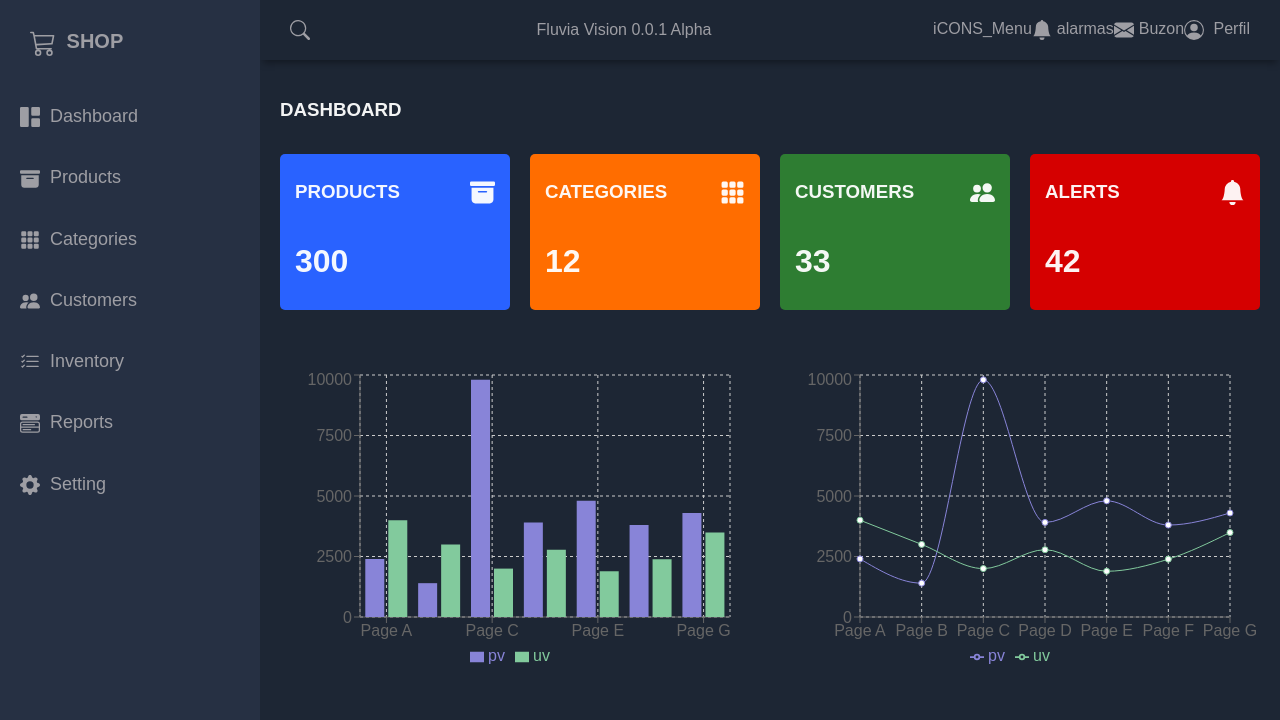
Repository: LukasMoyano/FluviaProject_Dashboard000-AlphVer0.0.1
Page: /
An editor plug-in stored every save of this project. The page is shown before and after the next save, followed by the edit.
The browser window is 1280 px wide. The pictures show the whole page.
The project was rebuilt for these pictures with package versions that can differ from the ones it lists, and the page was loaded fresh each time. Also part of the build but not shown: vite.config.js.

Above is the page before, as saved 2024-05-07 08:26:58.

### index.html
<!doctype html>
<html lang="en">
  <head>
    <meta charset="UTF-8" />
    <link rel="icon" type="image/svg+xml" href="/vite.svg" />
    <meta name="viewport" content="width=device-width, initial-scale=1.0" />
    <title>Proyecto-Fluvia-Ver.Alpha0.0.1</title>
  </head>
  <body>
    <div id="root"></div>
    <script type="module" src="/src/main.jsx"></script>
  </body>
</html>

### src/App.css
body {
	margin: 0;
	padding: 0;
	background-color: #1d2634;
	color: #9e9ea4;
	font-family: 'Montserrat', sans-serif;
  }

  .icon {
	vertical-align: middle;
	line-height: 1px;
	font-size: 20px;
  }
  .icon_header {
	vertical-align: middle;
	line-height: 1px;
	font-size: 26px;
  }
  .icon, .icon_header {
	margin-right: 5px;
  }

  .close_icon {
	color: red;
	margin-left: 30px;
	margin-top: 10px;
	cursor: pointer;
  }

  .grid-container {
	display: grid;
	grid-template-columns: 260px 1fr 1fr 1fr;
	grid-template-rows: 0.2fr 3fr;
	grid-template-areas:
	  'sidebar header header header'
	  'sidebar main main main';
	height: 100vh;
  }

  /* Header  */
  .header {
	grid-area: header;
	height: 60px;
	display: flex;
	align-items: center;
	justify-content: space-between;
	padding: 0 30px 0 30px;
	box-shadow: 0 6px 7px -3px rgba(0, 0, 0, 0.35);
  }

  .menu-icon {
	display: none;
  }
  /* End Header  */

  /* Sidebar  */
  #sidebar {
	grid-area: sidebar;
	height: 100%;
	background-color: #263043;
	overflow-y: auto;
	-webkit-transition: all 0.5s;
	transition: all 0.5s;
  }

  .sidebar-title {
	display: flex;
	justify-content: space-between;
	align-items: center;
	padding: 15px 30px 0px 30px;
	margin-bottom: 30px;
  }

  .sidebar-title > span {
	display: none;
  }

  .sidebar-brand {
	margin-top: 15px;
	font-size: 20px;
	font-weight: 700;
  }

  .sidebar-list {
	padding: 0;
	list-style-type: none;
  }

  .sidebar-list-item {
	padding: 20px 20px 20px 20px;
	font-size: 18px;
  }

  .sidebar-list-item:hover {
	background-color: rgba(255, 255, 255, 0.2);
	cursor: pointer;
  }

  .sidebar-list-item > a {
	text-decoration: none;
	color: #9e9ea4;
  }

  .sidebar-responsive {
	display: inline !important;
	position: absolute;
	/*
	  we want the z-index of the sidebar higher so that
	  the charts are not showing over the sidebar
	  on small screens
	*/
	z-index: 12 !important;
  }

  /* End Sidebar  */


  /* Main  */
  .main-container {
	grid-area: main;
	overflow-y: auto;
	padding: 20px 20px;
	color: rgba(255, 255, 255, 0.95);
  }

  .main-title {
	display: flex;
	justify-content: space-between;
  }

  .main-cards {
	display: grid;
	grid-template-columns: 1fr 1fr 1fr 1fr;
	gap: 20px;
	margin: 15px 0;
  }

  .card {
	display: flex;
	flex-direction: column;
	justify-content: space-around;
	padding: 8px 15px;
	border-radius: 5px;
  }

  .card:first-child {
	background-color: #2962ff;
  }

  .card:nth-child(2) {
	background-color: #ff6d00;
  }

  .card:nth-child(3) {
	background-color: #2e7d32;
  }

  .card:nth-child(4) {
	background-color: #d50000;
  }

  .card-inner {
	display: flex;
	align-items: center;
	justify-content: space-between;
  }

  .card-inner > .card_icon {
	font-size: 25px;
  }

  .charts {
	display: grid;
	grid-template-columns: 1fr 1fr;
	gap: 20px;
	margin-top: 60px;
	height: 300px;
  }

  /* End Main  */


  /* Medium <= 992px */

  @media screen and (max-width: 992px) {
	.grid-container {
	  grid-template-columns: 1fr;
	  grid-template-rows: 0.2fr 3fr;
	  grid-template-areas:
		'header'
		'main';
	}

	#sidebar {
	  display: none;
	}

	.menu-icon {
	  display: inline;
	}

	.sidebar-title > span {
	  display: inline;
	}
  }
  /* Small <= 768px */

  @media screen and (max-width: 768px) {
	.main-cards {
	  grid-template-columns: 1fr;
	  gap: 10px;
	  margin-bottom: 0;
	}

	.charts {
	  grid-template-columns: 1fr;
	  margin-top: 30px;
	}
  }

  /* Extra Small <= 576px */

  @media screen and (max-width: 576px) {
	.hedaer-left {
	  display: none;
	}
  }

### src/Header.jsx
import React from 'react'
import
 {BsFillBellFill, BsFillEnvelopeFill, BsPersonCircle, BsSearch, BsJustify}
 from 'react-icons/bs'

function Header({OpenSidebar}) {
  return (
    <header className='header'>
        <div className='menu-icon'>
            <BsJustify className='icon' onClick={OpenSidebar}/>
        </div>
        <div className='header-left'>
            <BsSearch  className='icon'/>
        </div>
        Fluvia Vision 0.0.1 Alpha
        <div className='header-right'>iCONS_Menu
            <BsFillBellFill className='icon'/>alarmas
            <BsFillEnvelopeFill className='icon'/>Buzon
            <BsPersonCircle className='icon'/> Perfil
        </div>
    </header>
  )
}

export default Header

### src/Sidebar.jsx
import React from "react";
import {
  BsCart3,
  BsGrid1X2Fill,
  BsFillArchiveFill,
  BsFillGrid3X3GapFill,
  BsPeopleFill,
  BsListCheck,
  BsMenuButtonWideFill,
  BsFillGearFill,
} from "react-icons/bs";
function Sidebar({ openSidebarToggle, OpenSidebar }) {
  return (
    <aside
      id="sidebar"
      className={openSidebarToggle ? "sidebar-responsive" : ""}
    >
      <div className="sidebar-title">
        <div className="sidebar-brand">
          <BsCart3 className="icon_header" /> SHOP
        </div>
        <span className="icon close_icon" onClick={OpenSidebar}>
          X
        </span>
      </div>

      <ul className="sidebar-list">
        <li className="sidebar-list-item">
          <a href="">
            <BsGrid1X2Fill className="icon" /> Dashboard
          </a>
        </li>
        <li className="sidebar-list-item">
          <a href="">
            <BsFillArchiveFill className="icon" /> Products
          </a>
        </li>
        <li className="sidebar-list-item">
          <a href="">
            <BsFillGrid3X3GapFill className="icon" /> Categories
          </a>
        </li>
        <li className="sidebar-list-item">
          <a href="">
            <BsPeopleFill className="icon" /> Customers
          </a>
        </li>
        <li className="sidebar-list-item">
          <a href="">
            <BsListCheck className="icon" /> Inventory
          </a>
        </li>
        <li className="sidebar-list-item">
          <a href="">
            <BsMenuButtonWideFill className="icon" /> Reports
          </a>
        </li>
        <li className="sidebar-list-item">
          <a href="">
            <BsFillGearFill className="icon" /> Setting
          </a>
        </li>
      </ul>
    </aside>
  );
}

export default Sidebar;

### src/Home.jsx
import React from 'react'
import
{ BsFillArchiveFill, BsFillGrid3X3GapFill, BsPeopleFill, BsFillBellFill}
 from 'react-icons/bs'
 import
 { BarChart, Bar, Cell, XAxis, YAxis, CartesianGrid, Tooltip, Legend, ResponsiveContainer, LineChart, Line }
 from 'recharts';

function Home() {

    const data = [
        {
          name: 'Page A',
          uv: 4000,
          pv: 2400,
          amt: 2400,
        },
        {
          name: 'Page B',
          uv: 3000,
          pv: 1398,
          amt: 2210,
        },
        {
          name: 'Page C',
          uv: 2000,
          pv: 9800,
          amt: 2290,
        },
        {
          name: 'Page D',
          uv: 2780,
          pv: 3908,
          amt: 2000,
        },
        {
          name: 'Page E',
          uv: 1890,
          pv: 4800,
          amt: 2181,
        },
        {
          name: 'Page F',
          uv: 2390,
          pv: 3800,
          amt: 2500,
        },
        {
          name: 'Page G',
          uv: 3490,
          pv: 4300,
          amt: 2100,
        },
      ];


  return (
    <main className='main-container'>
        <div className='main-title'>
            <h3>DASHBOARD</h3>
        </div>

        <div className='main-cards'>
            <div className='card'>
                <div className='card-inner'>
                    <h3>PRODUCTS</h3>
                    <BsFillArchiveFill className='card_icon'/>
                </div>
                <h1>300</h1>
            </div>
            <div className='card'>
                <div className='card-inner'>
                    <h3>CATEGORIES</h3>
                    <BsFillGrid3X3GapFill className='card_icon'/>
                </div>
                <h1>12</h1>
            </div>
            <div className='card'>
                <div className='card-inner'>
                    <h3>CUSTOMERS</h3>
                    <BsPeopleFill className='card_icon'/>
                </div>
                <h1>33</h1>
            </div>
            <div className='card'>
                <div className='card-inner'>
                    <h3>ALERTS</h3>
                    <BsFillBellFill className='card_icon'/>
                </div>
                <h1>42</h1>
            </div>
        </div>

        <div className='charts'>
            <ResponsiveContainer width="100%" height="100%">
            <BarChart
            width={500}
            height={300}
            data={data}
            margin={{
                top: 5,
                right: 30,
                left: 20,
                bottom: 5,
            }}
            >
                <CartesianGrid strokeDasharray="3 3" />
                <XAxis dataKey="name" />
                <YAxis />
                <Tooltip />
                <Legend />
                <Bar dataKey="pv" fill="#8884d8" />
                <Bar dataKey="uv" fill="#82ca9d" />
                </BarChart>
            </ResponsiveContainer>

            <ResponsiveContainer width="100%" height="100%">
                <LineChart
                width={500}
                height={300}
                data={data}
                margin={{
                    top: 5,
                    right: 30,
                    left: 20,
                    bottom: 5,
                }}
                >
                <CartesianGrid strokeDasharray="3 3" />
                <XAxis dataKey="name" />
                <YAxis />
                <Tooltip />
                <Legend />
                <Line type="monotone" dataKey="pv" stroke="#8884d8" activeDot={{ r: 8 }} />
                <Line type="monotone" dataKey="uv" stroke="#82ca9d" />
                </LineChart>
            </ResponsiveContainer>

        </div>
    </main>
  )
}

export default Home

Loaded but not shown: src/main.jsx (common file); src/App.jsx (common file)

After the next save:
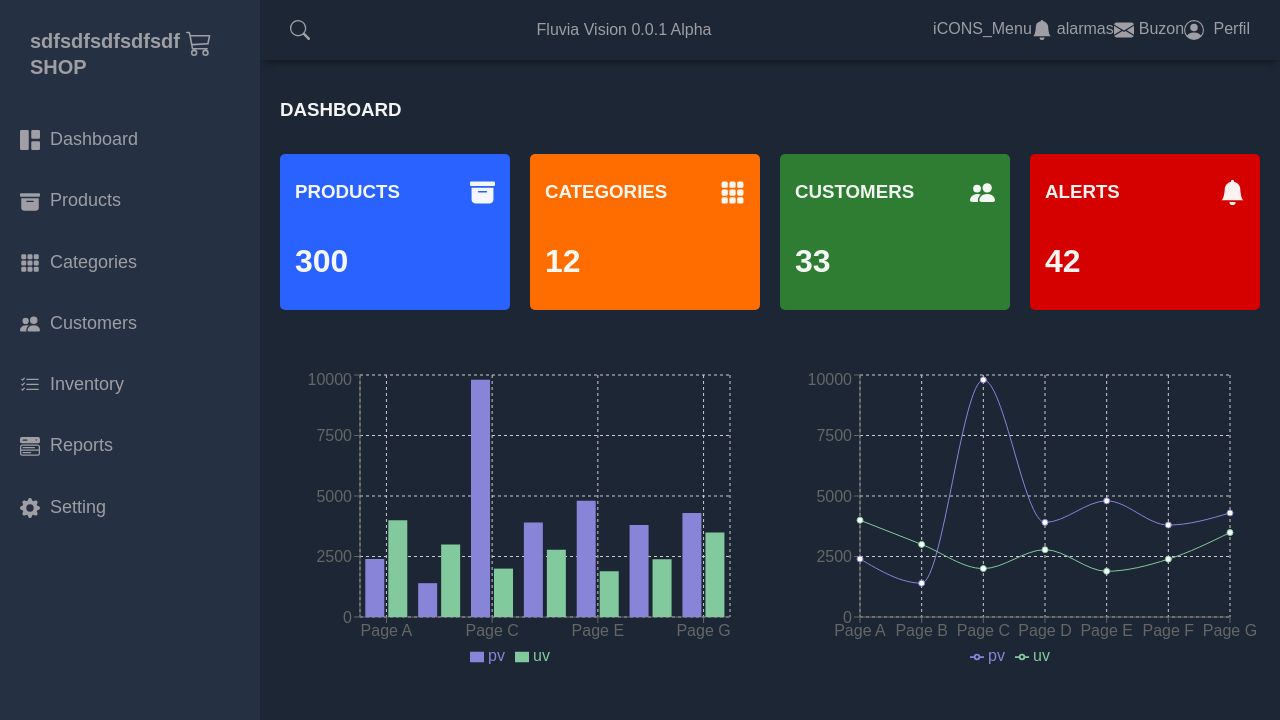
Saved 67 s later.
--- a/src/Sidebar.jsx
+++ b/src/Sidebar.jsx
@@ -1,68 +1,57 @@
-import React from "react";
-import {
-  BsCart3,
-  BsGrid1X2Fill,
-  BsFillArchiveFill,
-  BsFillGrid3X3GapFill,
-  BsPeopleFill,
-  BsListCheck,
-  BsMenuButtonWideFill,
-  BsFillGearFill,
-} from "react-icons/bs";
-function Sidebar({ openSidebarToggle, OpenSidebar }) {
+import React from 'react'
+import
+{BsCart3, BsGrid1X2Fill, BsFillArchiveFill, BsFillGrid3X3GapFill, BsPeopleFill,
+  BsListCheck, BsMenuButtonWideFill, BsFillGearFill}
+ from 'react-icons/bs'
+function Sidebar({openSidebarToggle, OpenSidebar}) {
   return (
-    <aside
-      id="sidebar"
-      className={openSidebarToggle ? "sidebar-responsive" : ""}
-    >
-      <div className="sidebar-title">
-        <div className="sidebar-brand">
-          <BsCart3 className="icon_header" /> SHOP
+    <aside id="sidebar" className={openSidebarToggle ? "sidebar-responsive": ""}>
+        <div className='sidebar-title'>
+            <div className='sidebar-brand'>
+ sdfsdfsdfsdfsdf               <BsCart3  className='icon_header'/> SHOP
+            </div>
+            <span className='icon close_icon' onClick={OpenSidebar}>X</span>
         </div>
-        <span className="icon close_icon" onClick={OpenSidebar}>
-          X
-        </span>
-      </div>
 
-      <ul className="sidebar-list">
-        <li className="sidebar-list-item">
-          <a href="">
-            <BsGrid1X2Fill className="icon" /> Dashboard
-          </a>
-        </li>
-        <li className="sidebar-list-item">
-          <a href="">
-            <BsFillArchiveFill className="icon" /> Products
-          </a>
-        </li>
-        <li className="sidebar-list-item">
-          <a href="">
-            <BsFillGrid3X3GapFill className="icon" /> Categories
-          </a>
-        </li>
-        <li className="sidebar-list-item">
-          <a href="">
-            <BsPeopleFill className="icon" /> Customers
-          </a>
-        </li>
-        <li className="sidebar-list-item">
-          <a href="">
-            <BsListCheck className="icon" /> Inventory
-          </a>
-        </li>
-        <li className="sidebar-list-item">
-          <a href="">
-            <BsMenuButtonWideFill className="icon" /> Reports
-          </a>
-        </li>
-        <li className="sidebar-list-item">
-          <a href="">
-            <BsFillGearFill className="icon" /> Setting
-          </a>
-        </li>
-      </ul>
+        <ul className='sidebar-list'>
+            <li className='sidebar-list-item'>
+                <a href="">
+                    <BsGrid1X2Fill className='icon'/> Dashboard
+                </a>
+            </li>
+            <li className='sidebar-list-item'>
+                <a href="">
+                    <BsFillArchiveFill className='icon'/> Products
+                </a>
+            </li>
+            <li className='sidebar-list-item'>
+                <a href="">
+                    <BsFillGrid3X3GapFill className='icon'/> Categories
+                </a>
+            </li>
+            <li className='sidebar-list-item'>
+                <a href="">
+                    <BsPeopleFill className='icon'/> Customers
+                </a>
+            </li>
+            <li className='sidebar-list-item'>
+                <a href="">
+                    <BsListCheck className='icon'/> Inventory
+                </a>
+            </li>
+            <li className='sidebar-list-item'>
+                <a href="">
+                    <BsMenuButtonWideFill className='icon'/> Reports
+                </a>
+            </li>
+            <li className='sidebar-list-item'>
+                <a href="">
+                    <BsFillGearFill className='icon'/> Setting
+                </a>
+            </li>
+        </ul>
     </aside>
-  );
+  )
 }
 
-export default Sidebar;
+export default Sidebar

After the save that followed:
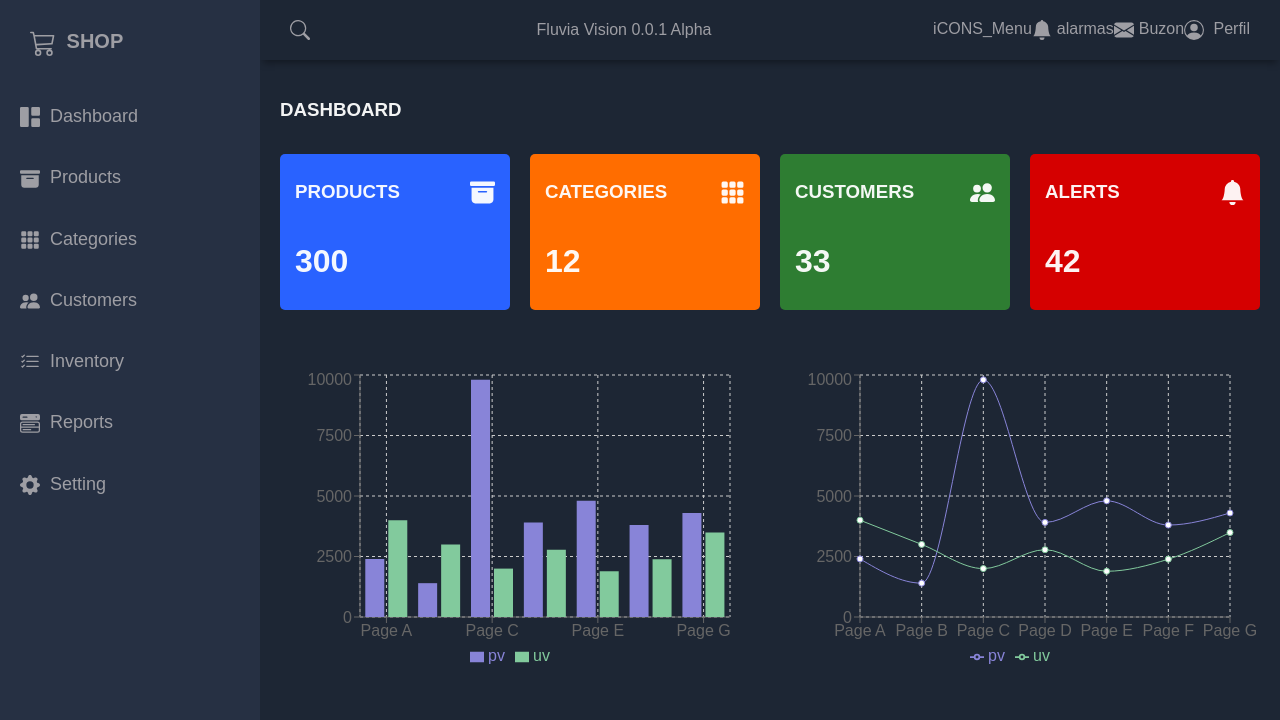
Saved 53 s later.
--- a/src/Sidebar.jsx
+++ b/src/Sidebar.jsx
@@ -1,57 +1,68 @@
-import React from 'react'
-import
-{BsCart3, BsGrid1X2Fill, BsFillArchiveFill, BsFillGrid3X3GapFill, BsPeopleFill,
-  BsListCheck, BsMenuButtonWideFill, BsFillGearFill}
- from 'react-icons/bs'
-function Sidebar({openSidebarToggle, OpenSidebar}) {
+import React from "react";
+import {
+  BsCart3,
+  BsGrid1X2Fill,
+  BsFillArchiveFill,
+  BsFillGrid3X3GapFill,
+  BsPeopleFill,
+  BsListCheck,
+  BsMenuButtonWideFill,
+  BsFillGearFill,
+} from "react-icons/bs";
+function Sidebar({ openSidebarToggle, OpenSidebar }) {
   return (
-    <aside id="sidebar" className={openSidebarToggle ? "sidebar-responsive": ""}>
-        <div className='sidebar-title'>
-            <div className='sidebar-brand'>
- sdfsdfsdfsdfsdf               <BsCart3  className='icon_header'/> SHOP
-            </div>
-            <span className='icon close_icon' onClick={OpenSidebar}>X</span>
+    <aside
+      id="sidebar"
+      className={openSidebarToggle ? "sidebar-responsive" : ""}
+    >
+      <div className="sidebar-title">
+        <div className="sidebar-brand">
+          <BsCart3 className="icon_header" /> SHOP
         </div>
+        <span className="icon close_icon" onClick={OpenSidebar}>
+          X
+        </span>
+      </div>
 
-        <ul className='sidebar-list'>
-            <li className='sidebar-list-item'>
-                <a href="">
-                    <BsGrid1X2Fill className='icon'/> Dashboard
-                </a>
-            </li>
-            <li className='sidebar-list-item'>
-                <a href="">
-                    <BsFillArchiveFill className='icon'/> Products
-                </a>
-            </li>
-            <li className='sidebar-list-item'>
-                <a href="">
-                    <BsFillGrid3X3GapFill className='icon'/> Categories
-                </a>
-            </li>
-            <li className='sidebar-list-item'>
-                <a href="">
-                    <BsPeopleFill className='icon'/> Customers
-                </a>
-            </li>
-            <li className='sidebar-list-item'>
-                <a href="">
-                    <BsListCheck className='icon'/> Inventory
-                </a>
-            </li>
-            <li className='sidebar-list-item'>
-                <a href="">
-                    <BsMenuButtonWideFill className='icon'/> Reports
-                </a>
-            </li>
-            <li className='sidebar-list-item'>
-                <a href="">
-                    <BsFillGearFill className='icon'/> Setting
-                </a>
-            </li>
-        </ul>
+      <ul className="sidebar-list">
+        <li className="sidebar-list-item">
+          <a href="">
+            <BsGrid1X2Fill className="icon" /> Dashboard
+          </a>
+        </li>
+        <li className="sidebar-list-item">
+          <a href="">
+            <BsFillArchiveFill className="icon" /> Products
+          </a>
+        </li>
+        <li className="sidebar-list-item">
+          <a href="">
+            <BsFillGrid3X3GapFill className="icon" /> Categories
+          </a>
+        </li>
+        <li className="sidebar-list-item">
+          <a href="">
+            <BsPeopleFill className="icon" /> Customers
+          </a>
+        </li>
+        <li className="sidebar-list-item">
+          <a href="">
+            <BsListCheck className="icon" /> Inventory
+          </a>
+        </li>
+        <li className="sidebar-list-item">
+          <a href="">
+            <BsMenuButtonWideFill className="icon" /> Reports
+          </a>
+        </li>
+        <li className="sidebar-list-item">
+          <a href="">
+            <BsFillGearFill className="icon" /> Setting
+          </a>
+        </li>
+      </ul>
     </aside>
-  )
+  );
 }
 
-export default Sidebar
+export default Sidebar;
